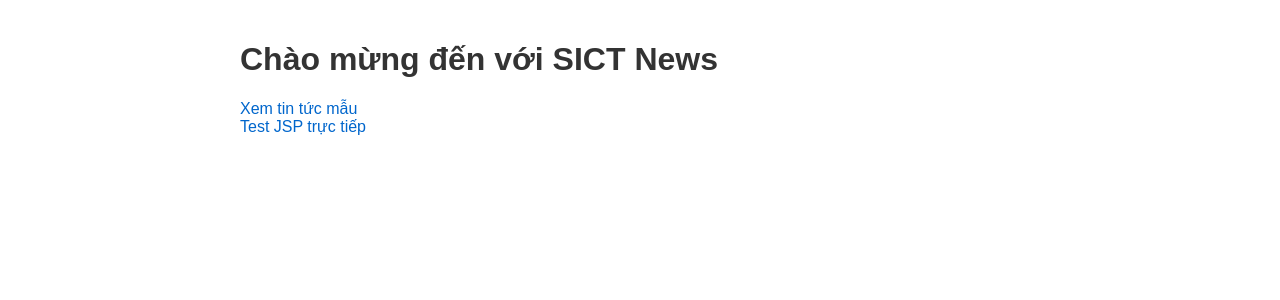
Repository: Bui-Minh-Hieu/javaaaaa
Page: http://localhost/SICTWeb/
The author's editor kept a copy of each file at every save. The page is drawn from the files as they stood at one save, then again after the next save.
The browser window is 1280 px wide. The pictures show the whole page.
The page is served by Tomcat 9. Nobody is signed in. The application's start-up code is not run. Other server files are loaded and not shown. Queries for data that is not in the repository find no rows.

Above is the page before, as saved 2025-05-09 01:41:10.

### SICTWeb/src/main/webapp/index.jsp
<%@ page language="java" contentType="text/html; charset=UTF-8" pageEncoding="UTF-8"%>
<!DOCTYPE html>
<html>
<head>
    <meta charset="UTF-8">
    <title>SICT News</title>
    <link rel="stylesheet" href="styles.css">
</head>
<body>
    <h1>Chào mừng đến với SICT News</h1>
    <a href="news?id=5">Xem tin tức mẫu</a>
    <br>
    <a href="test.jsp">Test JSP trực tiếp</a>
</body>
</html>

### SICTWeb/src/main/webapp/styles.css
body {
    font-family: Arial, sans-serif;
    max-width: 800px;
    margin: 0 auto;
    padding: 20px;
}
h1 {
    color: #333;
}
a {
    color: #0066cc;
    text-decoration: none;
}
a:hover {
    text-decoration: underline;
}
.error {
    color: red;
}
.summary {
    font-style: italic;
    color: #555;
    margin-bottom: 20px;
}
.content {
    line-height: 1.6;
}
.date {
    color: #777;
    font-size: 0.9em;
}

### SICTWeb/src/main/java/com/sict/database/DatabaseConnection.java
package com.sict.database;

import java.sql.Connection;
import java.sql.DriverManager;
import java.sql.SQLException;

public class DatabaseConnection {
    private static final String URL = "jdbc:sqlserver://localhost:1433;databaseName=SICT_HAUI;encrypt=true;trustServerCertificate=true;characterEncoding=UTF-8";
    private static final String USER = "sa";
    private static final String PASSWORD = "123"; // Thay bằng mật khẩu thực tế của bạn

    static {
        try {
            Class.forName("com.microsoft.sqlserver.jdbc.SQLServerDriver");
        } catch (ClassNotFoundException e) {
            System.err.println("SQL Server JDBC Driver không được tìm thấy. Đảm bảo JAR đã được thêm vào classpath.");
            e.printStackTrace();
        }
    }

    public static Connection getConnection() throws SQLException {
        try {
            return DriverManager.getConnection(URL, USER, PASSWORD);
        } catch (SQLException e) {
            System.err.println("Kết nối đến cơ sở dữ liệu thất bại. Kiểm tra instance SQL Server, thông tin đăng nhập và cài đặt mạng.");
            throw e;
        }
    }
}

After the next save:
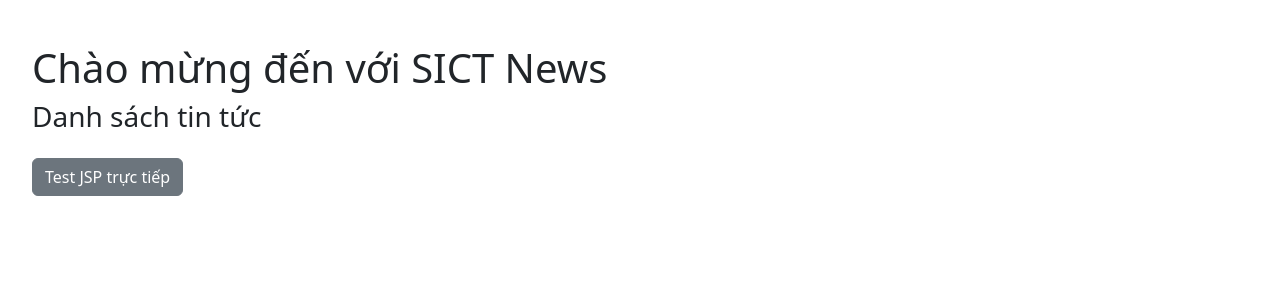
Saved 26 s later.
--- a/SICTWeb/src/main/webapp/index.jsp
+++ b/SICTWeb/src/main/webapp/index.jsp
@@ -1,15 +1,47 @@
 <%@ page language="java" contentType="text/html; charset=UTF-8" pageEncoding="UTF-8"%>
+<%@ page import="com.sict.database.DatabaseConnection" %>
+<%@ page import="java.sql.Connection" %>
+<%@ page import="java.sql.PreparedStatement" %>
+<%@ page import="java.sql.ResultSet" %>
+<%@ page import="java.sql.SQLException" %>
 <!DOCTYPE html>
 <html>
 <head>
     <meta charset="UTF-8">
+    <meta http-equiv="Content-Type" content="text/html; charset=UTF-8">
     <title>SICT News</title>
     <link rel="stylesheet" href="styles.css">
+    <link href="https://cdn.jsdelivr.net/npm/bootstrap@5.3.0/dist/css/bootstrap.min.css" rel="stylesheet">
 </head>
 <body>
-    <h1>Chào mừng đến với SICT News</h1>
-    <a href="news?id=5">Xem tin tức mẫu</a>
-    <br>
-    <a href="test.jsp">Test JSP trực tiếp</a>
+    <div class="container">
+        <h1 class="mt-4">Chào mừng đến với SICT News</h1>
+        <h3>Danh sách tin tức</h3>
+        <%
+            try (Connection conn = DatabaseConnection.getConnection()) {
+                String sql = "SELECT MaTinTuc, TieuDeTinTuc, TrichDanTin FROM TinTuc ORDER BY NgayCapNhat DESC";
+                PreparedStatement stmt = conn.prepareStatement(sql);
+                ResultSet rs = stmt.executeQuery();
+                while (rs.next()) {
+                    int maTinTuc = rs.getInt("MaTinTuc");
+                    String tieuDe = rs.getString("TieuDeTinTuc");
+                    String trichDan = rs.getString("TrichDanTin");
+        %>
+            <div class="card mb-3">
+                <div class="card-body">
+                    <h5 class="card-title"><a href="news?id=<%= maTinTuc %>"><%= tieuDe %></a></h5>
+                    <p class="card-text"><%= trichDan %></p>
+                </div>
+            </div>
+        <%
+                }
+            } catch (SQLException e) {
+                e.printStackTrace();
+                out.println("<p class='text-danger'>Lỗi khi tải danh sách tin tức: " + e.getMessage() + "</p>");
+            }
+        %>
+        <a href="test.jsp" class="btn btn-secondary mt-3">Test JSP trực tiếp</a>
+    </div>
+    <script src="https://cdn.jsdelivr.net/npm/bootstrap@5.3.0/dist/js/bootstrap.bundle.min.js"></script>
 </body>
 </html>
